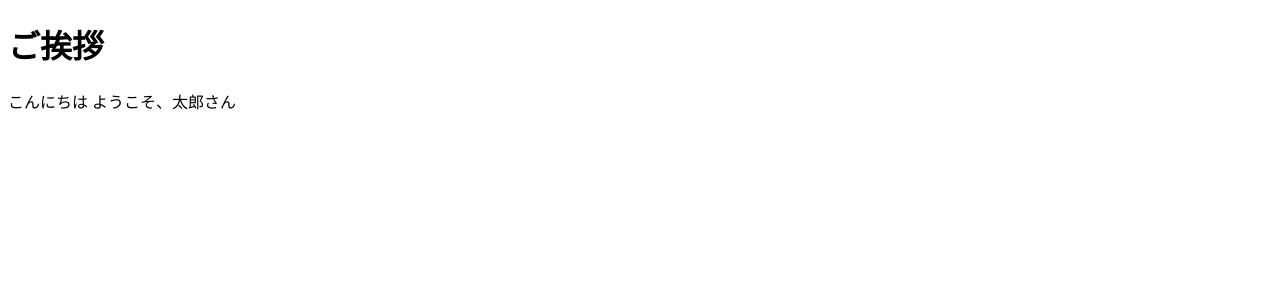
Repository: yayoi0814/samurai_HTML-CSS
Page: index.html
The author's editor kept a record of every edit. The page is drawn from the files as they stood at one moment, then again after the next edit.
The browser window is 1280 px wide. The pictures show the whole page.

Above is the page before.

### index.html
<!DOCTYPE html>
<html lang="ja">
  <head>
    <meta charset="utf-8">
    <title>JavaScriptの練習</title>
  </head>
  <body>
    <h1>ご挨拶</h1>
    <p>こんにちは

    <script>

        console.log('、JavaScript。');
        console.log('こんにちは！');
        d = new Date();
        console.log('今日は、', d.getDate(), '日です。');
        // -->
        let myString = 'ユーザー名';

        myString = '太郎';

        document.write('ようこそ、' + myString + 'さん');


        //ここにJavaScriptを記述する

    </script>


    </p>
  </body>
</html>

After the next edit:
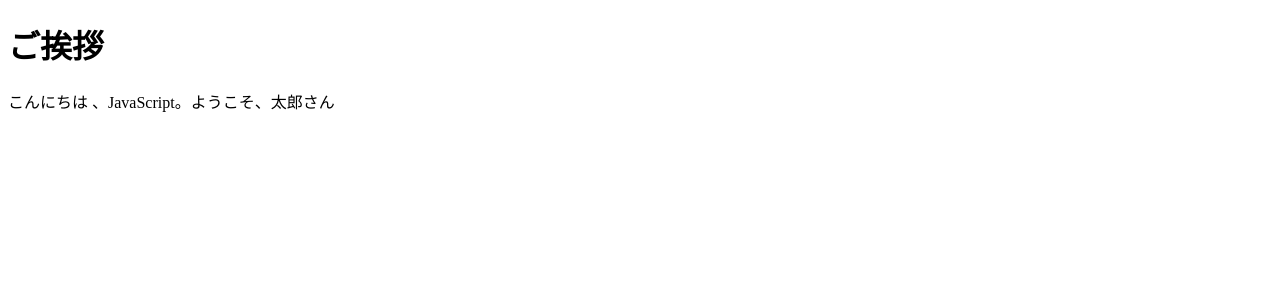
The edit:
--- a/index.html
+++ b/index.html
@@ -10,8 +10,8 @@
 
     <script>
 
-        console.log('、JavaScript。');
-        console.log('こんにちは！');
+        document.write('、JavaScript。');
+        //console.log('こんにちは！');
         d = new Date();
         console.log('今日は、', d.getDate(), '日です。');
         // -->
